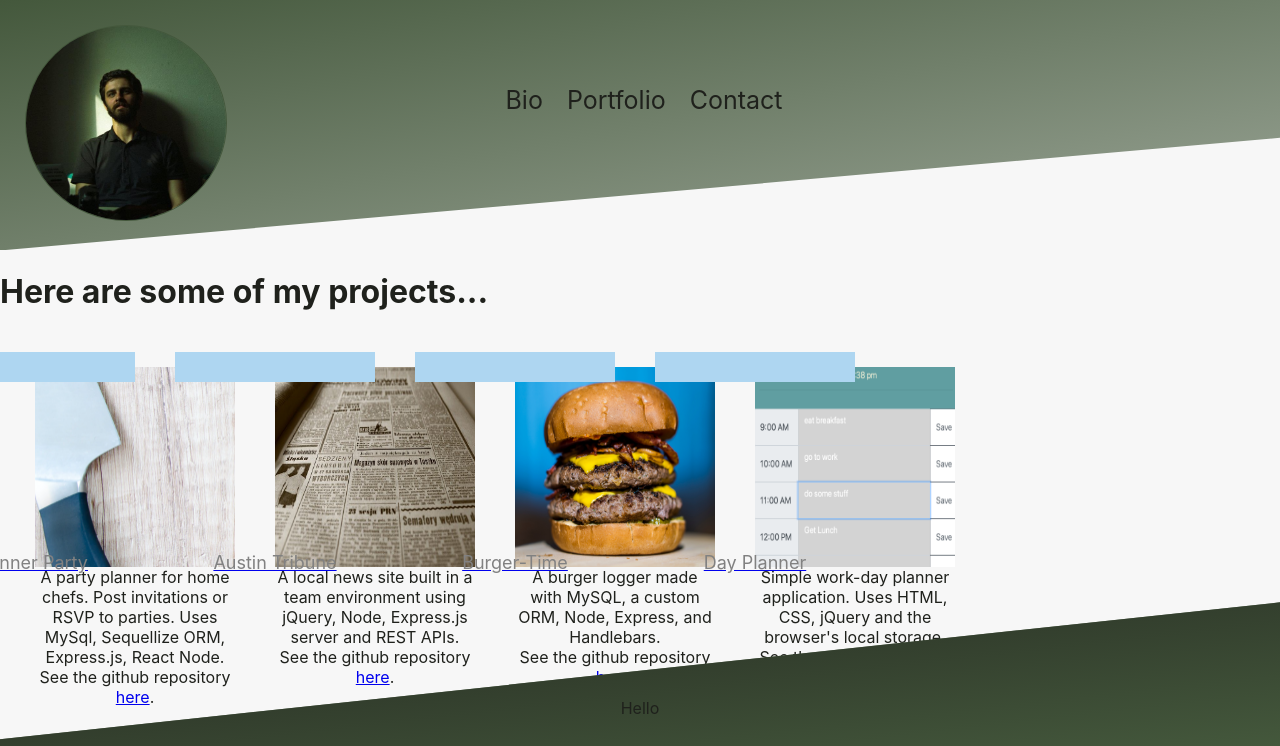
Repository: joeldelatte/react-portfolio
Page: /portfolio (app in client/)
The author's editor kept a copy of each file at every save. The page is drawn from the files as they stood at one save, then again after the next save.
The browser window is 1280 px wide. The pictures show the whole page.
The project was rebuilt for these pictures with package versions that can differ from the ones it lists, and the page was loaded fresh each time. Also part of the build but not shown: client/src/App.css, client/src/Components/Bio/Bio.js, client/src/Components/Contact/Contact.js.

Above is the page before, as saved 2020-07-10 23:51:20.

After the next save:
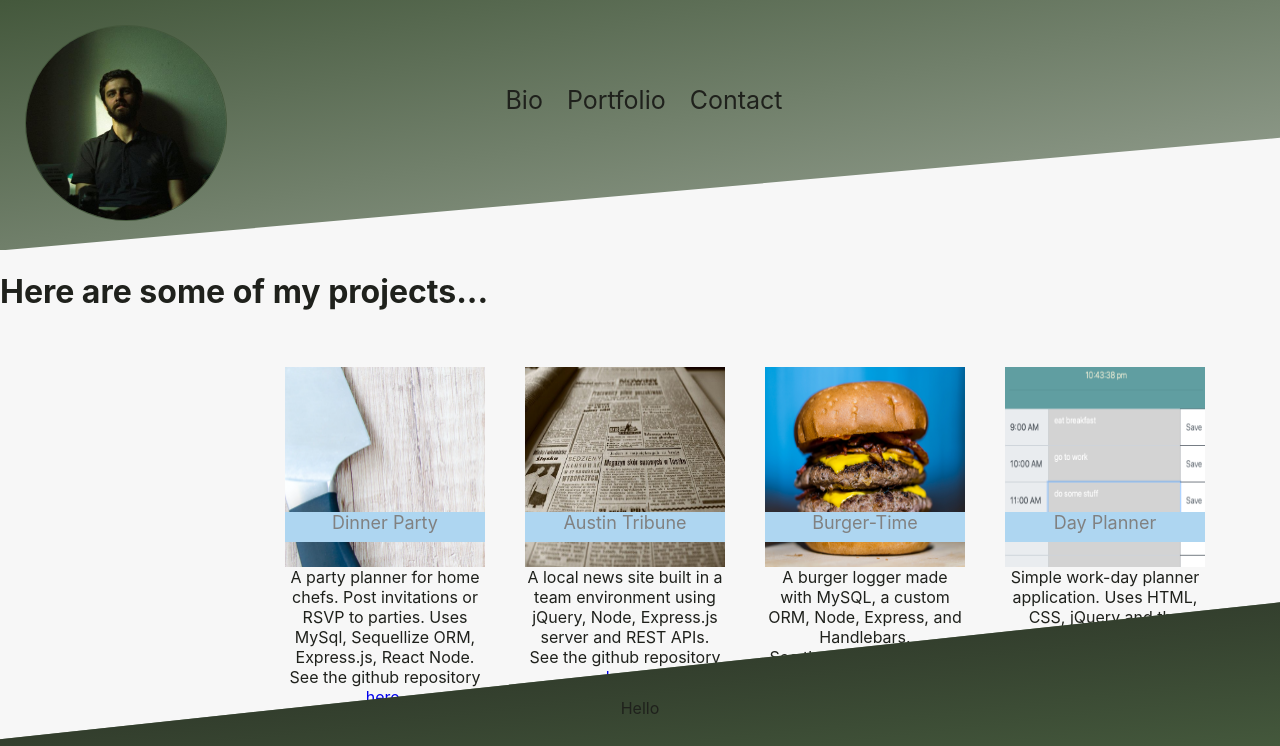
Saved 11 s later.
--- a/client/src/Components/Portfolio/portfolio.css
+++ b/client/src/Components/Portfolio/portfolio.css
@@ -1,5 +1,5 @@
 .portfolio {
-    /* margin-left: 250px; */
+    margin-left: 250px;
     padding: 15px;
     display: flex;
     flex-wrap: wrap;
@@ -14,7 +14,7 @@
     width: 200px;
     height: 200px;
     float: left;
-    /* position: relative; */
+    position: relative;
     text-align: center;
     margin: 20px;
 }
@@ -23,7 +23,7 @@
     width: 200px;
     height: 200px;
     float: left;
-    /* position: relative; */
+    position: relative;
     text-align: center;
     margin-top: 20px;
 }
@@ -36,9 +36,9 @@
     width: 200px;
     height: 30px;
     padding: 4;
-    /* position: absolute;
+    position: absolute;
     top: 80%;
-    left: 50%; */
+    left: 50%;
     transform: translate(-50%, -50%);
 
 }
@@ -47,7 +47,7 @@
     width: 200px;
     height: 200px;
     float: left;
-    /* position: relative; */
+    position: relative;
     text-align: center;
 }
 
